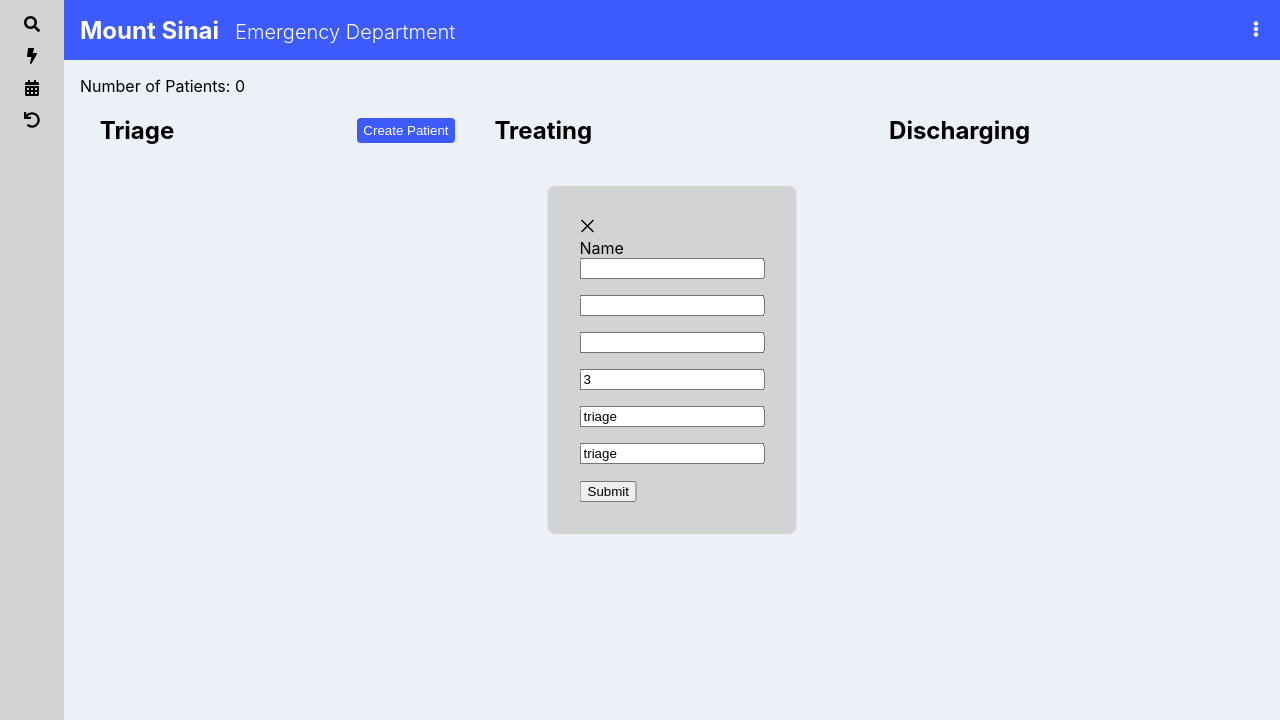
Repository: kosenijr/triage-app
Page: /, after clicking the first element matching `button.App_61351_triage-header-button`
An editor plug-in stored every save of this project. The page is shown before and after a run of saves, followed by the edit.
The browser window is 1280 px wide. The pictures show the whole page.
The page's requests for data from a server got no answer. The project was rebuilt for these pictures with package versions that can differ from the ones it lists, and the page was loaded fresh each time. No one was signed in, and anything a server would have sent is missing. Also part of the build but not shown: src/styles/PatientCard.module.css, src/components/PatientCard.js.

Above is the page before, as saved 2022-11-16 20:11:28.

### src/App.js
import React, { useEffect, useState } from 'react';
import { FaEllipsisV, FaSearch, FaBolt, FaCalendarAlt, FaUndo } from "react-icons/fa";
import styles from '../src/styles/App.module.css'
import '../src/styles/Global.module.css'
import { ROUTES } from '../src/constants'
import PatientCard from './components/PatientCard'
import Modal from './components/Modal'

const log = console.log;

function App() {

  const [patientRecords, setPatientRecords] = useState([]);
  const [numOfPatients, setNumOfPatients] = useState(0);
  const [isModalOpen, setIsModalOpen] = useState(false);



  useEffect(() => {
    fetch(ROUTES['GET_ALL_PATIENTS'])
      .then(res => res.json())
      .then(res => setPatientRecords(res))
  }, []);

  useEffect(() => {
    setNumOfPatients(patientRecords.length);
  }, [patientRecords]);

  const onRoomAssignment = (patient, room) => {
    // const oldPatientRecord = patient;
    const newPatientRecord = {
      id: patient.id,
      name: patient.name,
      dob: patient.dob,
      complaint: patient.complaint,
      priority: patient.priority,
      room: patient.room,
      stage: 'treating'
    }


    setPatientRecords(patientRecords.map((record) => {
      if (record.id === patient.id) {
        record.room = room;
        record.stage = 'treating';
      }
      return record;
    }));

    const requestOptions = {
      method: 'PUT',
      body: JSON.stringify(newPatientRecord),
    };

    fetch(ROUTES['GET_EACH_PATIENT'], requestOptions)
      .then(result => result.json())
      .catch(error => console.log('error', error));
  }

  const onCreatePatient = (patient) => {
    const requestOptions = {
      method: 'POST',
      body: JSON.stringify(patient),
    };

    fetch(ROUTES['GET_EACH_PATIENT'], requestOptions)
      .then(result => result.json())
      .then(patient => console.log(patient))
      .then(patient => setPatientRecords([...patientRecords, patient]))
      .catch(error => console.log('error', error));
  }


  const onStartDischarge = (patient) => {
    const newPatientRecord = {
      id: patient.id,
      name: patient.name,
      dob: patient.dob,
      complaint: patient.complaint,
      priority: patient.priority,
      room: 'discharging-room',
      stage: 'discharging'
    }


    setPatientRecords(patientRecords.map((record) => {
      if (record.id === patient.id) {
        record.room = 'discharging-room';
        record.stage = 'discharging';
      }
      return record;
    }));

    const requestOptions = {
      method: 'PUT',
      body: JSON.stringify(newPatientRecord),
    };

    fetch(ROUTES['GET_EACH_PATIENT'], requestOptions)
      .then(result => result.json())
      .then(result => console.log(result))
      .catch(error => console.log('error', error));


  }

  const onCompleteDischarge = (patient) => {
    setPatientRecords(patientRecords.filter((record) => record.id !== patient.id));

    const requestOptions = {
      method: 'DELETE',
    };

    fetch(`${ROUTES['GET_EACH_PATIENT']}/${patient.id}`, requestOptions)
      .then(result => result.json())
      .then(result => console.log(result))
      .catch(error => console.log('error', error));

  }
  return (
    <div className={styles['App']}>
      <div className={styles['left-nav']}>
        <FaSearch className='mb-4 mt-4' />
        <FaBolt className='mb-4' />
        <FaCalendarAlt className='mb-4' />
        <FaUndo className='mb-4' />
      </div>
      <div className={styles['right-content']}>
        {isModalOpen && <Modal onCreatePatient={onCreatePatient} setIsModalOpen={setIsModalOpen} />}
        <header className={styles['header']}>
          <div>
            <span className={styles['title']}>Mount Sinai</span>
            <span className={styles['sub-title']}>Emergency Department</span>
          </div>
          <div>
            <FaEllipsisV />

          </div>
        </header>
        <div className={styles['patient-content']}>
          <div><span>Number of Patients: </span><span>{numOfPatients}</span></div>

          <div className={styles['processing']}>
            <div className={styles['process-columns']}>
              <div className={styles['triage-header']}>
                <h2>Triage</h2>
                <button className={styles['triage-header-button']} onClick={() => setIsModalOpen(!isModalOpen)}>Create Patient</button>
              </div>
              {patientRecords.map((patient, index) => {
                // log(patient)
                if (patient?.stage === 'triage') {
                  return (
                    <PatientCard key={index} patient={patient} updateRoomAssignment={onRoomAssignment} />
                  )
                }

              })}
            </div>
            <div className={styles['process-columns']}>
              <h2>Treating</h2>
              {patientRecords.map((patient, index) => {
                // log(patient.name, patient.stage);
                if (patient?.stage === 'treating') {
                  return (
                    <PatientCard key={index} patient={patient} updateRoomAssignment={onRoomAssignment} onStartDischarge={onStartDischarge} />
                  )
                }

              })}

            </div>
            <div className={styles['process-columns']}>
              <h2>Discharging</h2>
              {patientRecords.map((patient, index) => {

                if (patient?.stage === 'discharging') {
                  return (
                    <PatientCard key={index} patient={patient} updateRoomAssignment={onRoomAssignment} onCompleteDischarge={onCompleteDischarge} />
                  )
                }

              })}
            </div>
          </div>
        </div>
      </div>
    </div>
  );
}

export default App;

// styles is a regular object

### src/styles/App.module.css
.App {
  height: 100vh;
  width: 100vw;
  display: relative;
  overflow-y: hidden;
}

.left-nav {
  display: none;
}

.right-content {
  position: relative;
}

.patient-content {
  background-color: #ecf1f7;
  height: content-box;
  overflow-y: scroll;
  position: absolute;
  top: 60px;
  right: 0;
  left: 0;
  bottom: 0;
  padding: 1rem 1rem 4rem 1rem;
}

.header {
  display: flex;
  justify-content: space-between;
  align-items: center;
  /* height: 100px; */
  background-color: #3d5afc;
  color: white;
  padding: 1rem;
}

.triage-header {
  display: flex;
  align-items: center;
  justify-content: space-between;
}

.triage-header-button {
  background-color: #3d5afc;
  color: white;
  border: none;
  border-radius: 4px;
  padding: 0.3rem 0.4rem;
  cursor: pointer;
}

.title {
  font-size: 24px;
  font-weight: 700;
}

.sub-title {
  display: block;
  font-size: 20px;
  font-weight: 300;
}

.patient-card {
  max-width: 400px;
}

@media screen and (min-width: 700px) {
  .sub-title {
    display: initial;
    padding-left: 1rem;
  }
}

@media screen and (min-width: 768px) {
  .processing {
    display: flex;
    justify-content: space-around;
  }

  .process-columns {
    width: 30%;
  }
}

@media screen and (min-width: 800px) {
  .App {
    display: flex;
  }

  .left-nav {
    background-color: lightgray;
    display: flex;
    flex-direction: column;
    width: 5%;
    align-items: center;
  }

  .right-content {
    width: 95%;
  }
}

### src/styles/Global.module.css
:global(.mb-4) {
  margin-bottom: 1rem;
}

:global(.mt-4) {
  margin-top: 1rem;
}

:global(.font-bold) {
  font-weight: 700;
}

### src/constants.js
const BASE_URL = 'https://cw4ccp3r5d.execute-api.us-east-2.amazonaws.com';
const ENV = '/Prod';
export const ROUTES = {
    GET_ALL_PATIENTS: `${BASE_URL}${ENV}/patients`,

}

### src/components/Modal.js
import React, { useState } from 'react'
import styles from '../styles/Modal.module.css'
import { GrClose } from "react-icons/gr";



export default function Modal({ onCreatePatient, setIsModalOpen }) {
    const [name, setName] = useState('');
    const [dob, setDOB] = useState('');
    const [complaint, setComplaint] = useState('');
    const [priority, setPriority] = useState(3);
    const [room, setRoom] = useState('triage');
    const [stage, setStage] = useState('triage');


    const onSubmit = (e) => {
        e.preventDefault();
        const patient = {
            name,
            dob,
            complaint,
            priority,
            room,
            stage
        }
        onCreatePatient(patient);
    }

    return (
        <div className={styles['modal']}>
            < GrClose className={styles['cancel-modal']} onClick={() => setIsModalOpen(false)} />
            <form action="">
                <div className={styles['input-group']}>
                    <label htmlFor="name">Name</label>
                    <input type="text" value={name} id="name" onChange={(e) => setName(e.target.value)} />
                </div>

                <div className="{styles['input-group']">

                    <input type="text" value={dob} onChange={(e) => setDOB(e.target.value)} />
                </div>

                <div className="{styles['input-group']">

                    <input type="text" value={complaint} onChange={(e) => setComplaint(e.target.value)} />
                </div>

                <div className="{styles['input-group']">

                    <input type="text" value={priority} onChange={(e) => setPriority(e.target.value)} />
                </div>

                <div className="{styles['input-group']">

                    <input type="text" value={room} onChange={(e) => setRoom(e.target.value)} />
                </div>

                <div className="{styles['input-group']">

                    <input type="text" value={stage} onChange={(e) => setStage(e.target.value)} />
                </div>

                <button onClick={(e) => onSubmit(e)}>Submit</button>
            </form>
        </div>

    )
}

### src/styles/Modal.module.css
.modal {
  position: absolute;
  top: 50%;
  left: 50%;
  transform: translate(-50%, -50%);

  background-color: lightgray;
  padding: 2rem;
  border-radius: 0.5rem;
  z-index: 1;
}

.modal form input {
  display: block;
  margin-bottom: 1rem;
}

.cancel-modal {
  cursor: pointer;
}

Loaded but not shown: public/index.html (common file); src/index.js (common file); src/index.css (common file); src/reportWebVitals.js (common file)

After the next 2 saves:
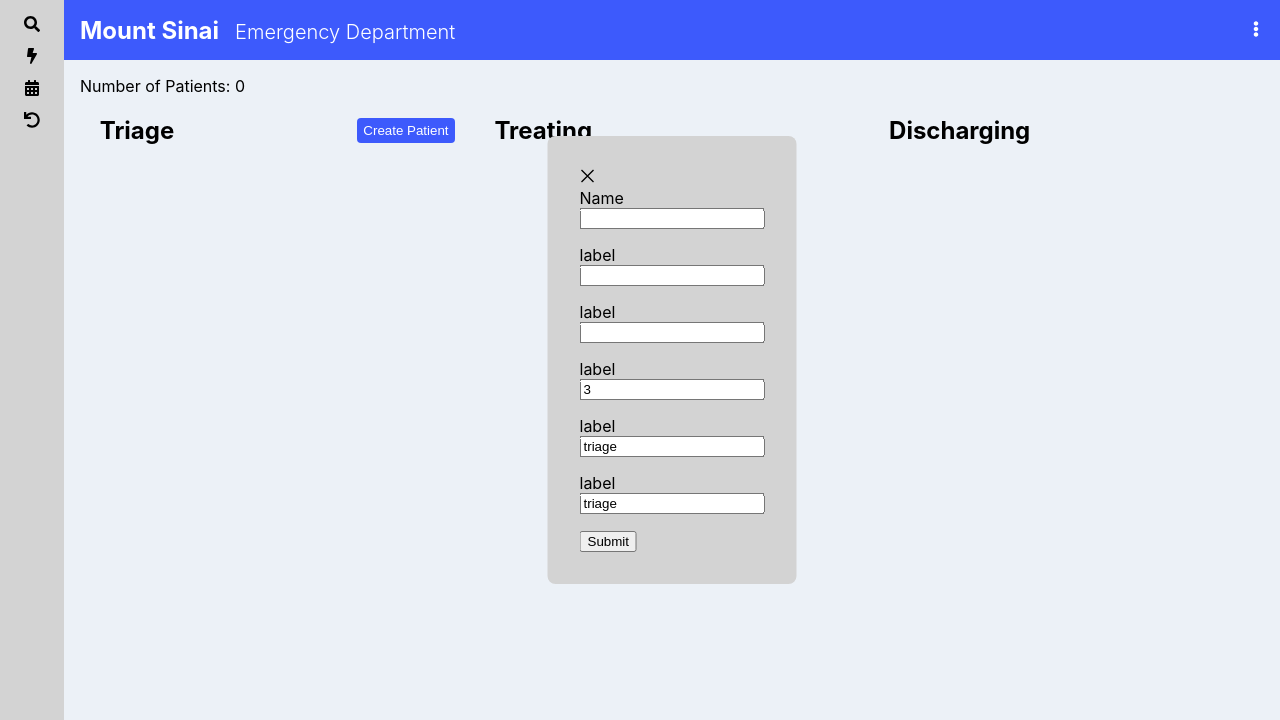
The 2 saves are shown as one change because they came seconds apart.
The last was saved 7 s later.
--- a/src/components/Modal.js
+++ b/src/components/Modal.js
@@ -36,27 +36,27 @@
                 </div>
 
                 <div className="{styles['input-group']">
-
+                    label
                     <input type="text" value={dob} onChange={(e) => setDOB(e.target.value)} />
                 </div>
 
                 <div className="{styles['input-group']">
-
+                    label
                     <input type="text" value={complaint} onChange={(e) => setComplaint(e.target.value)} />
                 </div>
 
                 <div className="{styles['input-group']">
-
+                    label
                     <input type="text" value={priority} onChange={(e) => setPriority(e.target.value)} />
                 </div>
 
                 <div className="{styles['input-group']">
-
+                    label
                     <input type="text" value={room} onChange={(e) => setRoom(e.target.value)} />
                 </div>
 
                 <div className="{styles['input-group']">
-
+                    label
                     <input type="text" value={stage} onChange={(e) => setStage(e.target.value)} />
                 </div>
 

After the save that followed:
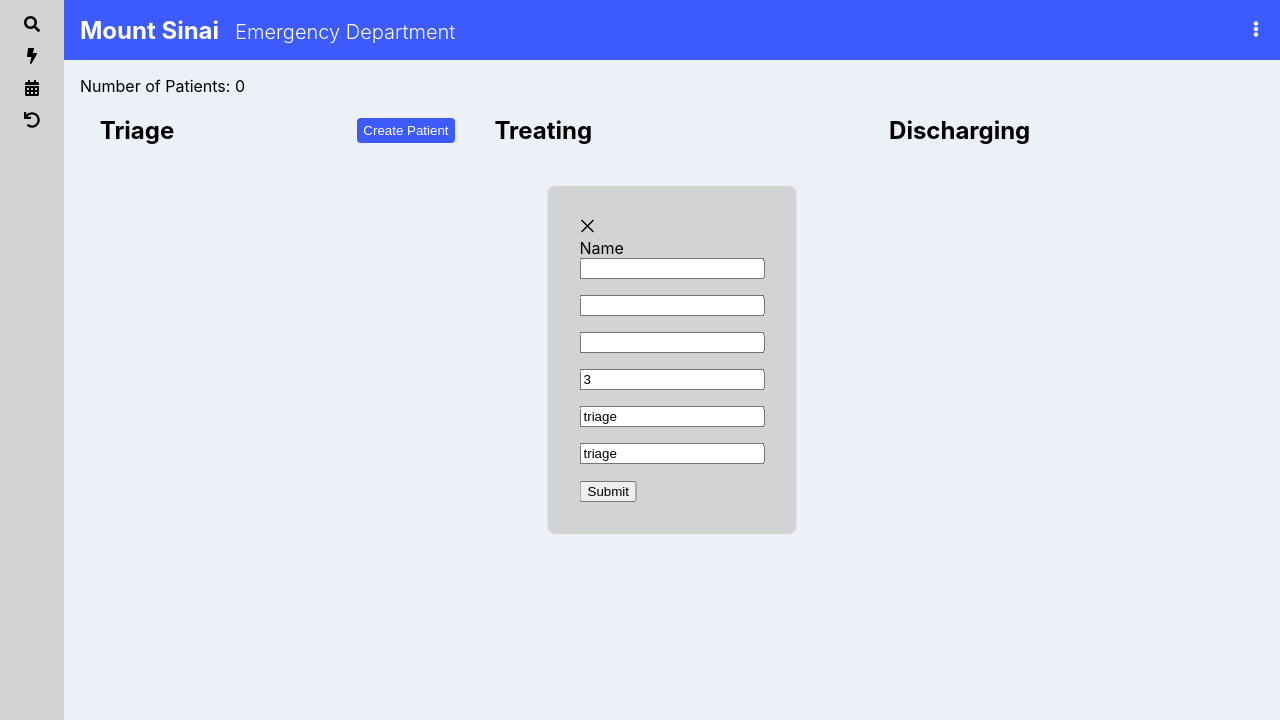
Saved 14 s later.
--- a/src/components/Modal.js
+++ b/src/components/Modal.js
@@ -36,27 +36,27 @@
                 </div>
 
                 <div className="{styles['input-group']">
-                    label
+                    <label htmlFor=""></label>
                     <input type="text" value={dob} onChange={(e) => setDOB(e.target.value)} />
                 </div>
 
                 <div className="{styles['input-group']">
-                    label
+                    <label htmlFor=""></label>
                     <input type="text" value={complaint} onChange={(e) => setComplaint(e.target.value)} />
                 </div>
 
                 <div className="{styles['input-group']">
-                    label
+                    <label htmlFor=""></label>
                     <input type="text" value={priority} onChange={(e) => setPriority(e.target.value)} />
                 </div>
 
                 <div className="{styles['input-group']">
-                    label
+                    <label htmlFor=""></label>
                     <input type="text" value={room} onChange={(e) => setRoom(e.target.value)} />
                 </div>
 
                 <div className="{styles['input-group']">
-                    label
+                    <label htmlFor=""></label>
                     <input type="text" value={stage} onChange={(e) => setStage(e.target.value)} />
                 </div>
 
